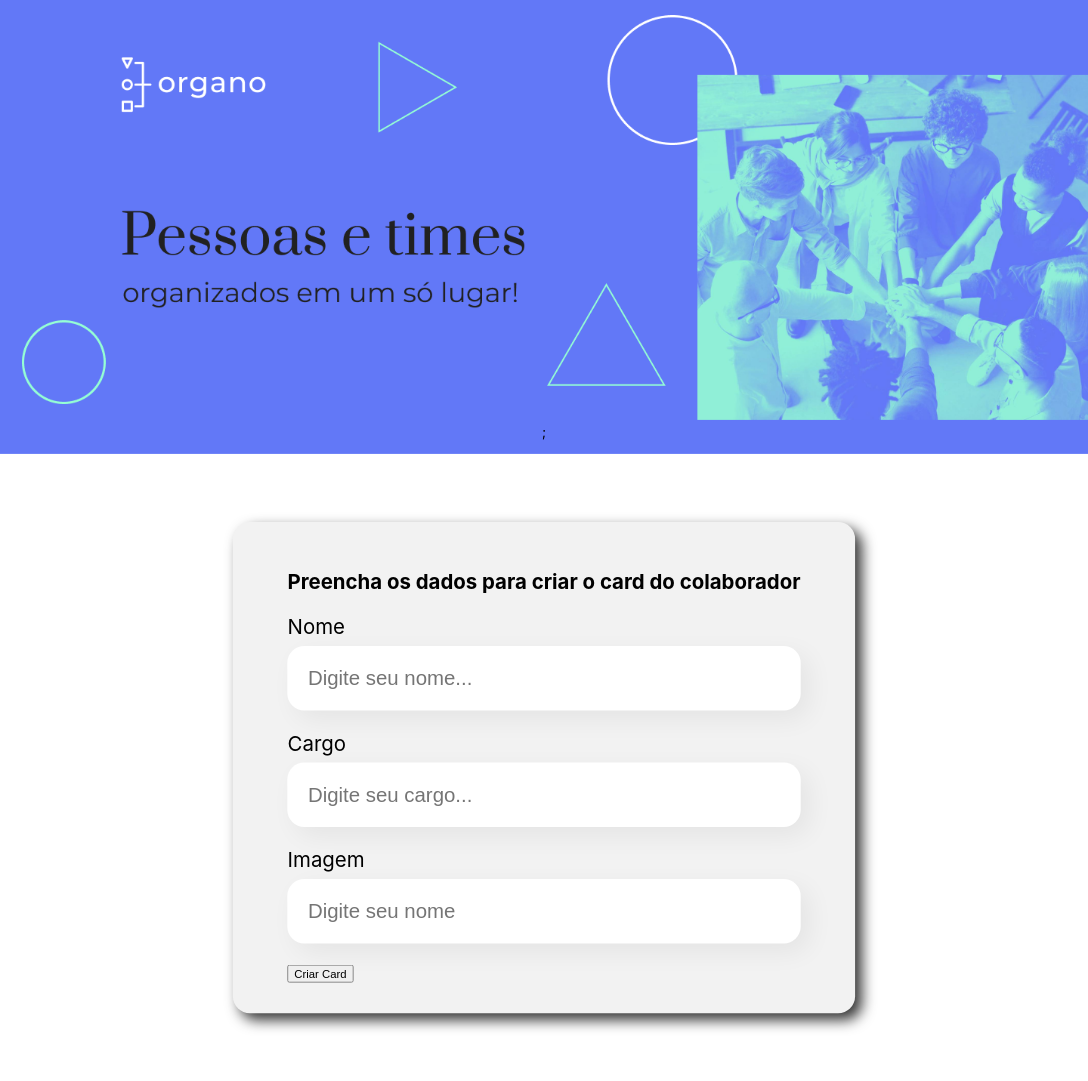
Repository: guilhermecardoso93/organo
Page: /
The author's editor kept a copy of each file at every save. The page is drawn from the files as they stood at one save, then again after the next save.
The browser window is 1280 px wide. The pictures show the whole page, at 85% of full size.
The project was rebuilt for these pictures with package versions that can differ from the ones it lists, and the page was loaded fresh each time.

Above is the page before, as saved 2024-05-26 12:13:39.

### src/App.js
import { Banner } from "./components/Banner";
import { Form } from "./components/Form";

export default function App() {
  return (
    <div>
      <Banner />
      <Form />
    </div>
  );
}

### src/components/Banner/index.js
import BannerBackground from "../../assets/imagens/banner.png";
import "./styles.css";

export function Banner() {
  return (
    <header className="background-banner">
      <img src={BannerBackground} alt="Banner Principal da Página da Orgona" />;
    </header>
  );
}

### src/components/Form/index.js
import { Input } from "../Input";
import './styles.css'

export function Form() {
  return (
    <section className='form'>
      <form>
        <h2>Preencha os dados para criar o card do colaborador</h2>
        <Input label="Nome" placeholder="Digite seu nome..." />
        <Input label="Cargo" placeholder="Digite seu cargo..." />
        <Input label="Imagem" placeholder="Digite seu nome" />
        <button>Criar Card</button>
      </form>
    </section>
  );
}

### src/components/Banner/styles.css
.background-banner {
  background-color: #6278f7;
  text-align: center;
  padding-bottom: 1rem;
}

.background-banner img {
  max-width: 100%;
}

### src/components/Input/index.js
import "./styles.css";

export function Input({label, placeholder}) {
  return (
    <div className="campo-texto">
      <label>{label}</label>
      <input placeholder={placeholder}/>
    </div>
  );
}

### src/components/Form/styles.css
.form {
  display: flex;
  justify-content: center;
  margin: 80px 0;
}

.form form {
  max-width: 80%;
  background-color: #f2f2f2;
  border-radius: 20px;
  padding: 36px 64px;
  box-shadow: 8px 8px 16px rgba(0,0,0, 0.8);
}

h2 {
  font-size: 1.5rem;
}

### src/components/Input/styles.css
.campo-texto {
  display: flex;
  flex-direction: column;
  margin: 24px 0;
}

.campo-texto label {
  display: block;
  margin-bottom: 8px;
  font-size: 24px;
  font-weight: semi-bold;
}

.campo-texto input {
  background-color: #fff;
  box-shadow: 10px 10px 30px rgba(0, 0, 0, 0.06);
  width: 100%;
  border: none;
  font-size: 24px;
  padding: 24px;
  box-sizing: border-box;
  border-radius: 20px;
}

Loaded but not shown: public/index.html (common file); src/index.js (common file); src/index.css (common file)

After the next save:
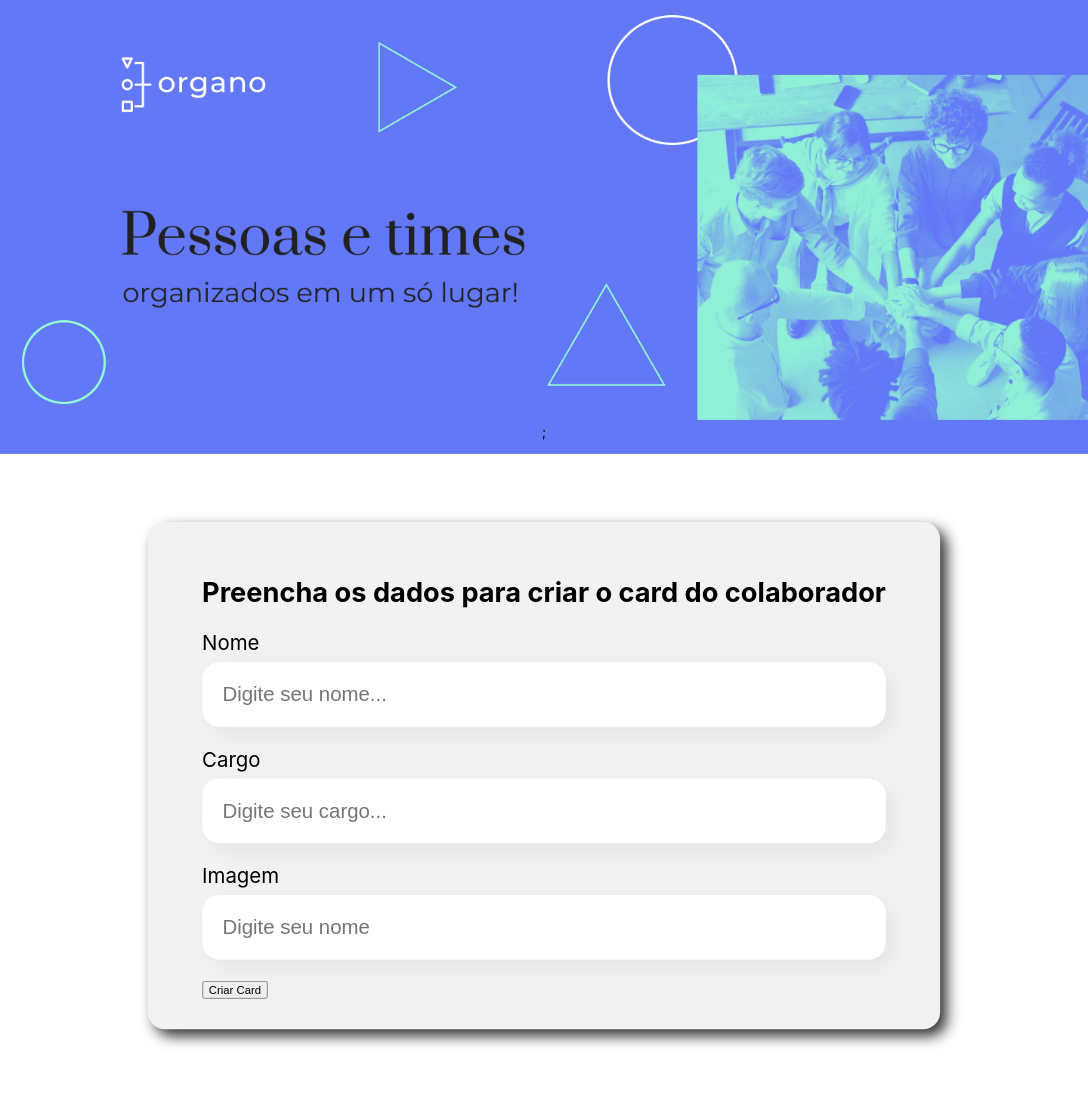
Saved 14 s later.
--- a/src/components/Form/styles.css
+++ b/src/components/Form/styles.css
@@ -13,5 +13,5 @@
 }
 
 h2 {
-  font-size: 1.5rem;
+  font-size: 2rem;
 }
